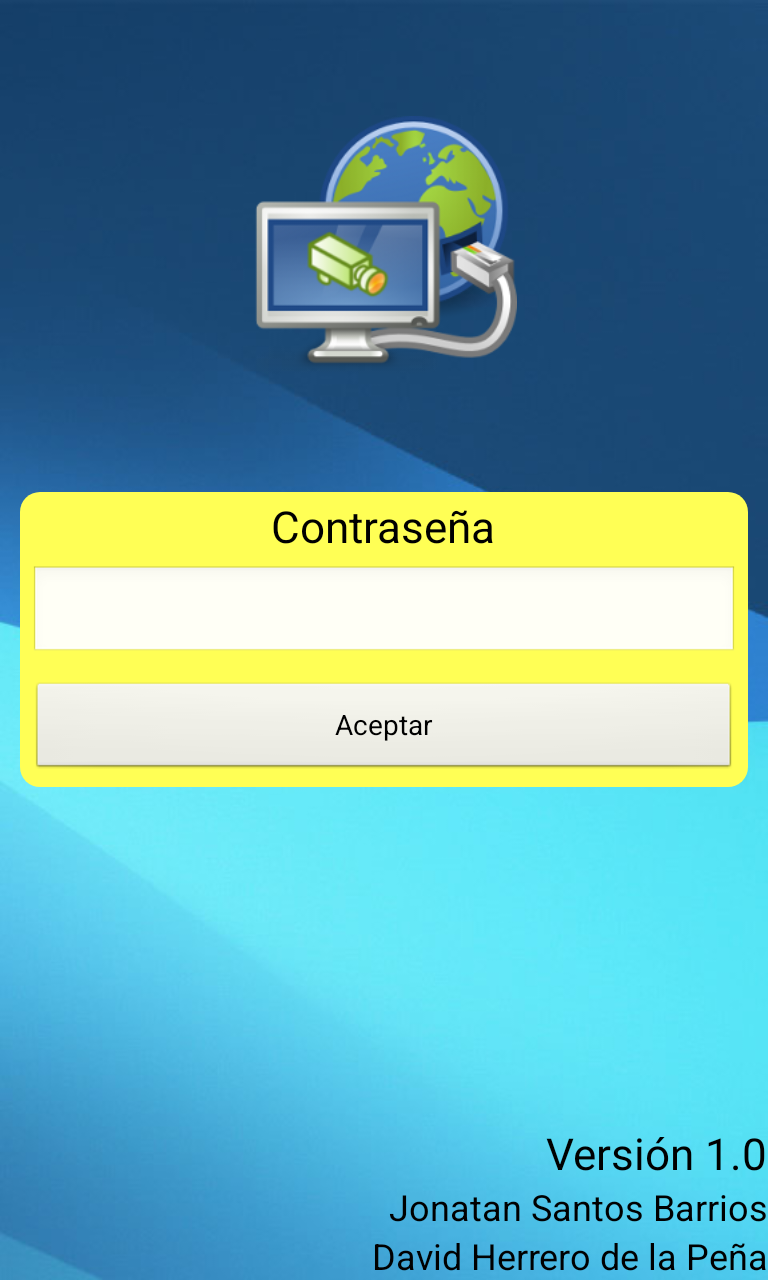
Repository: jonatansantos/Android-Server-Status
Layout: desarrollo/Principal/res/layout/login.xml
These files come from the project's save history. The layout is drawn as it stood at one moment and after the next save; the edit follows.
It is drawn on a 768 x 1280 px phone screen (xhdpi) without system bars, with theme android:Theme.Light.NoTitleBar; the app's code is not run.

Above is the layout before, as saved 2012-06-13 12:01:21.

After the next save:
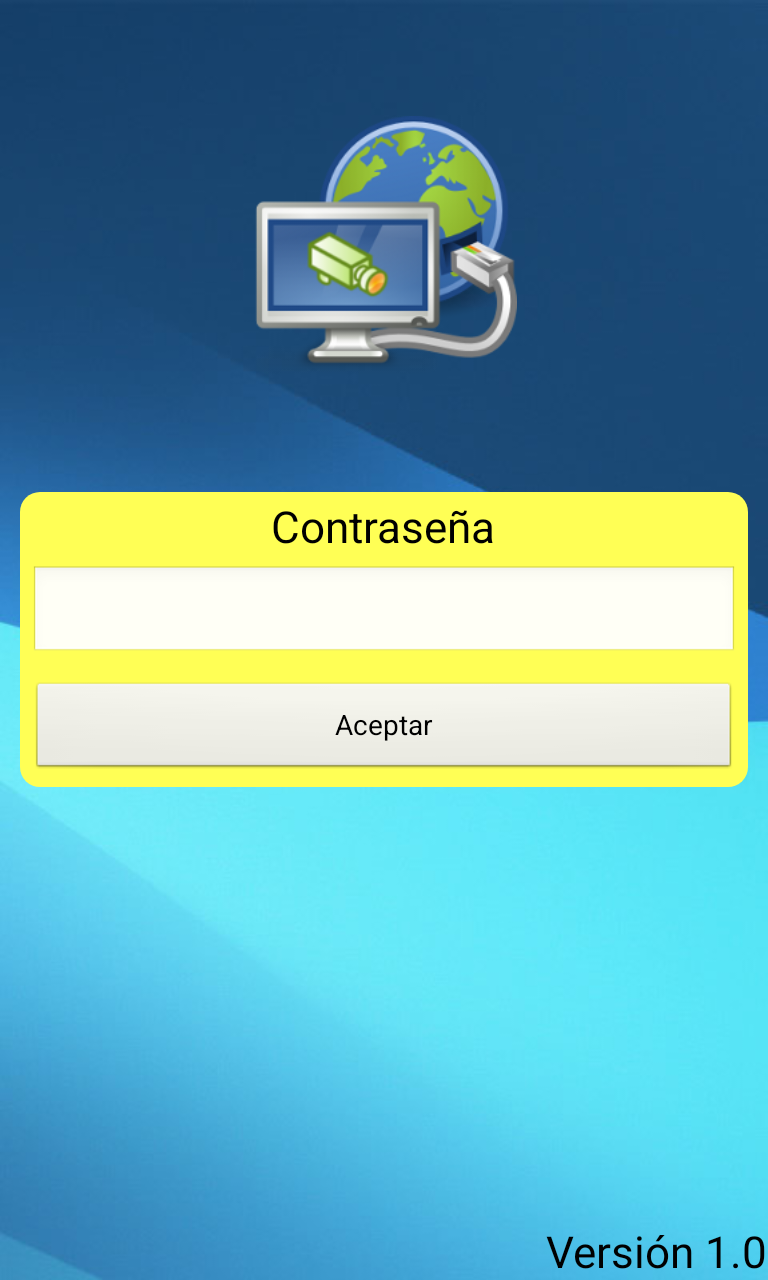
Saved 25 h 23 min later.
--- a/desarrollo/Principal/res/layout/login.xml
+++ b/desarrollo/Principal/res/layout/login.xml
@@ -50,33 +50,6 @@
         </LinearLayout>
     </LinearLayout>
 
-    <TextView
-        android:id="@+id/textView2"
-        android:layout_width="wrap_content"
-        android:layout_height="wrap_content"
-        android:layout_alignParentBottom="true"
-        android:layout_alignParentRight="true"
-        android:text="@string/david"
-        android:textAppearance="?android:attr/textAppearanceMedium" />
-
-    <TextView
-        android:id="@+id/textView3"
-        android:layout_width="wrap_content"
-        android:layout_height="wrap_content"
-        android:layout_above="@+id/textView2"
-        android:layout_alignParentRight="true"
-        android:text="@string/jonatan"
-        android:textAppearance="?android:attr/textAppearanceMedium" />
-
-    <TextView
-        android:id="@+id/textView4"
-        android:layout_width="wrap_content"
-        android:layout_height="wrap_content"
-        android:layout_above="@+id/textView3"
-        android:layout_alignParentRight="true"
-        android:text="@string/version"
-        android:textAppearance="?android:attr/textAppearanceLarge" />
-
     <ImageView
         android:id="@+id/imageView1"
         android:layout_width="wrap_content"
@@ -86,4 +59,13 @@
         android:layout_marginTop="58dp"
         android:src="@drawable/ic_servidor" />
 
+    <TextView
+        android:id="@+id/textView4"
+        android:layout_width="wrap_content"
+        android:layout_height="wrap_content"
+        android:layout_alignParentBottom="true"
+        android:layout_alignParentRight="true"
+        android:text="@string/version"
+        android:textAppearance="?android:attr/textAppearanceLarge" />
+
 </RelativeLayout>
